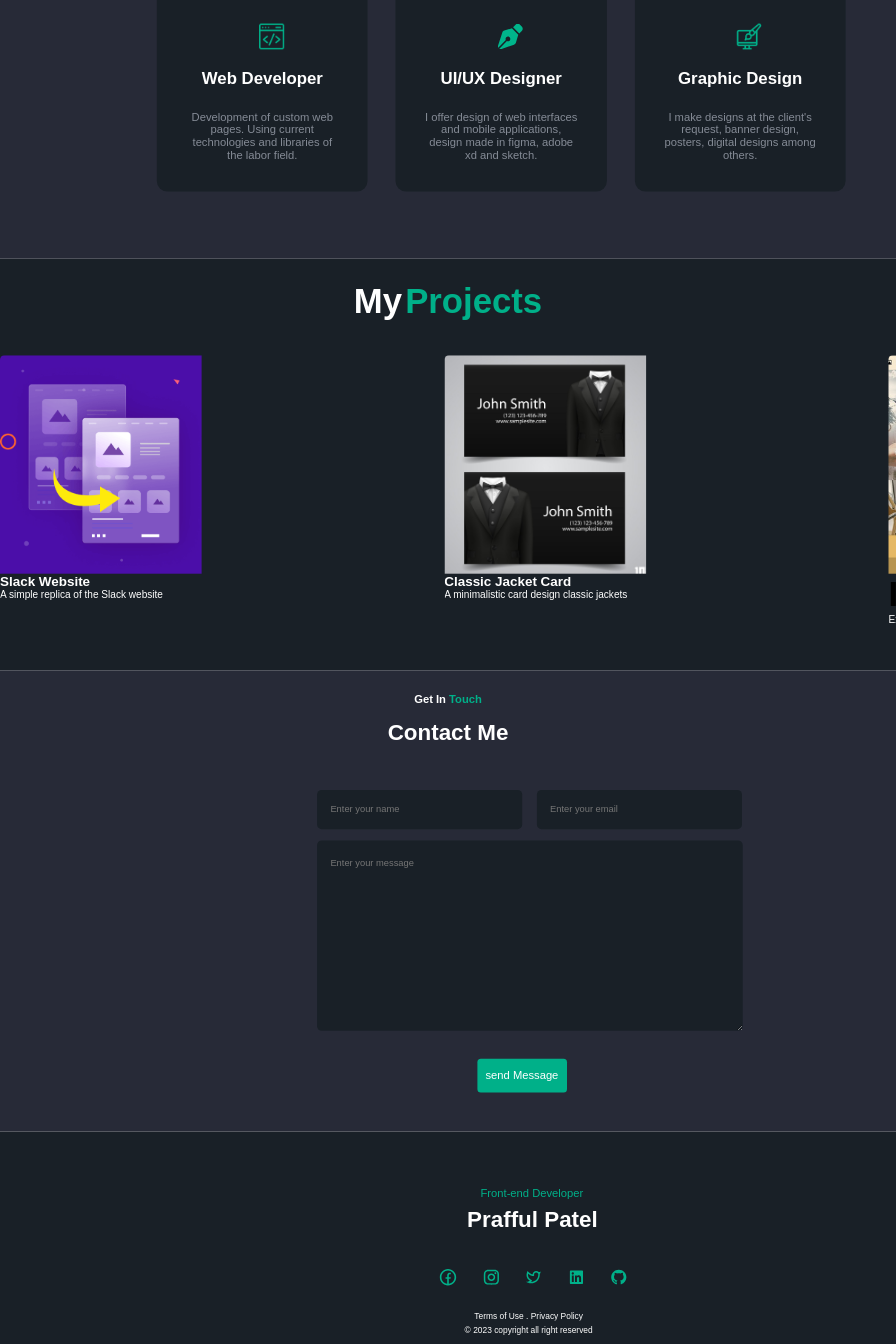
Repository: PraffulPatel27/Portfolio_2.0
Page: index.html
These files come from the project's save history. The page is drawn as it stood at one moment and after the next save; the edit follows.
The browser window is 1280 px wide. The pictures show the part of the page from y = 1962 to 3882 px (the page is 3882 px tall before and 3846 px after), at 70% of full size.

Above is the page before, as saved 2024-01-30 14:59:08.

After the next save:
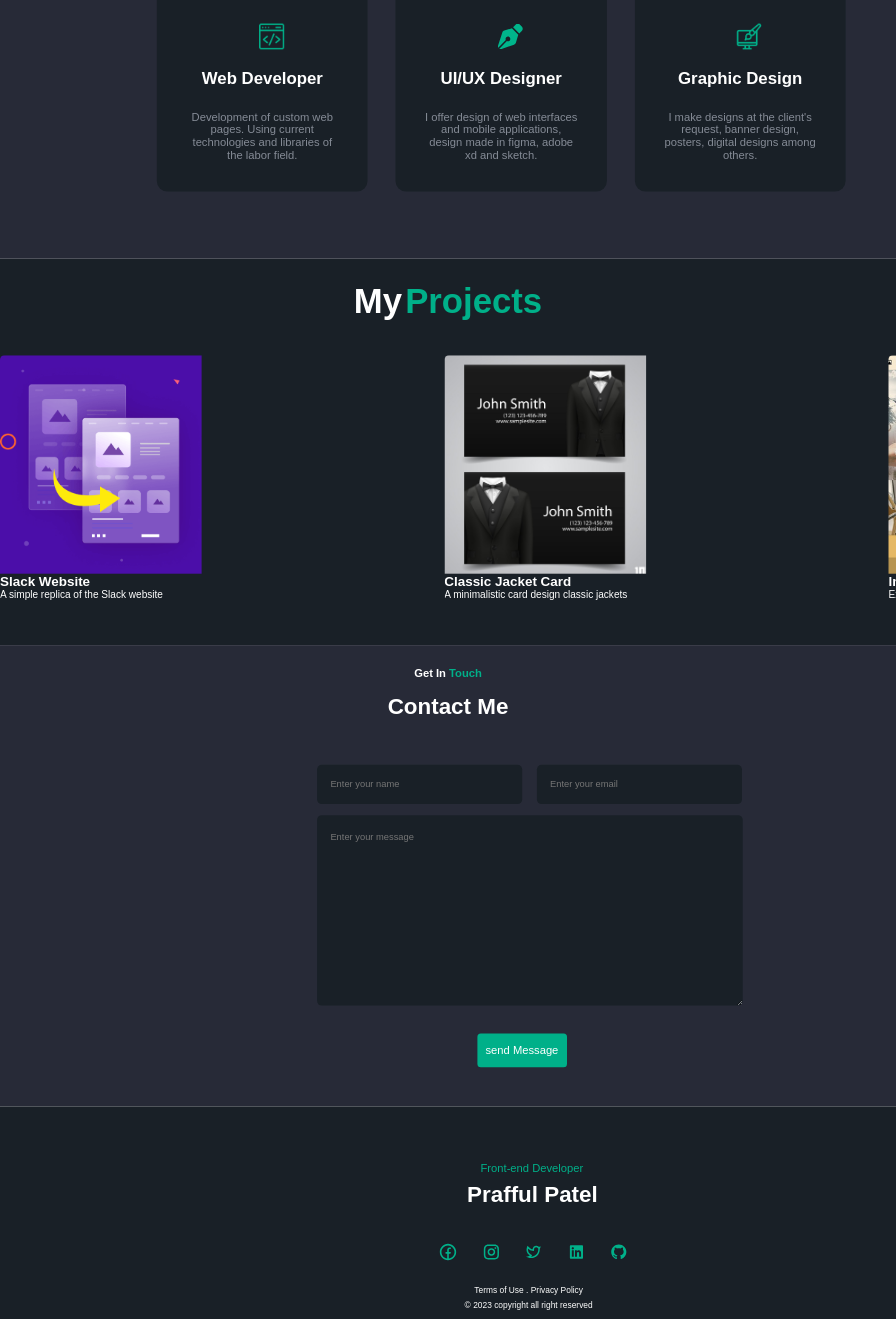
Saved 7 s later.
--- a/index.html
+++ b/index.html
@@ -220,7 +220,7 @@
               <img src="./images/img-gallery.jpg">
 
               <div class="project-info">
-                <h1> Image Gallery</h1>
+                <h2> Image Gallery</h2>
                 <p>Explore a simple and elegant image gallery</p>
               </div>
             </div>
